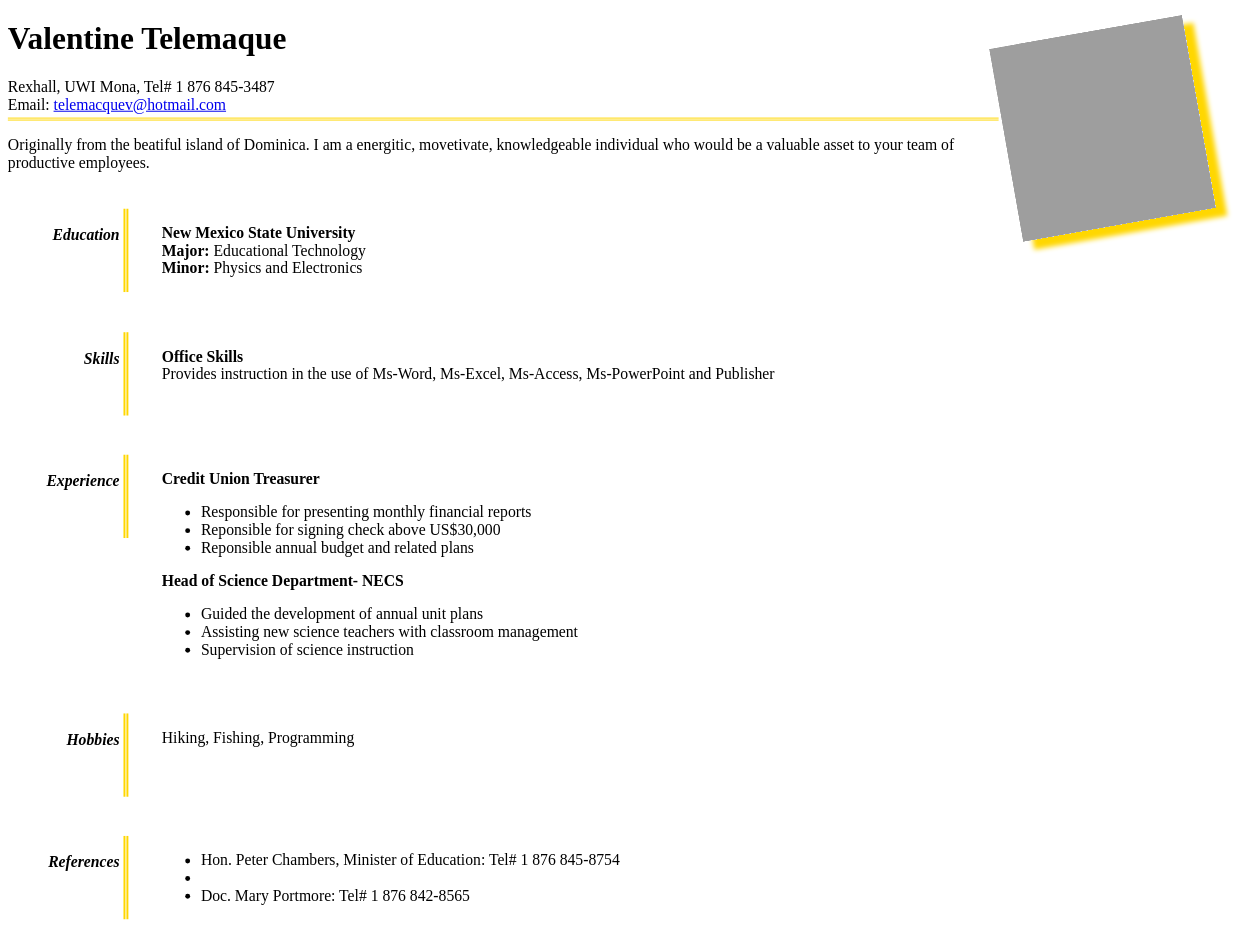
Repository: telemacquev/resume
Page: index.html
The author's editor kept a record of every edit. The page is drawn from the files as they stood at one moment, then again after the next edit.
The browser window is 1280 px wide. The pictures show the whole page, at 98% of full size.
Pictures or frames that could not be fetched are drawn as grey boxes.

Above is the page before.

After the next edit:
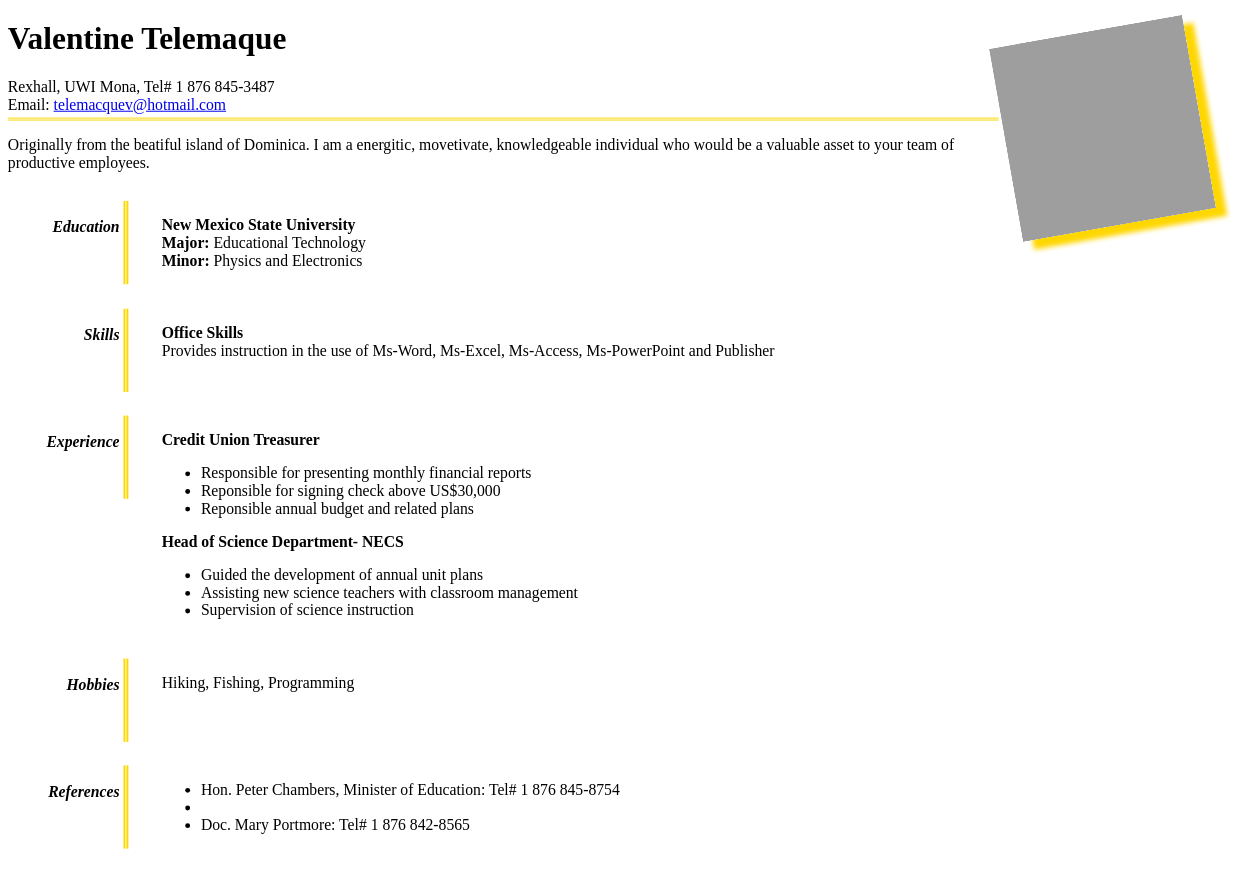
The edit:
--- a/stylesheet.css
+++ b/stylesheet.css
@@ -46,7 +46,7 @@
 
 .left, .right {
     display: inline-block;
-    margin: 20px 20px 20px 10px;
+    margin: 12px 20px 12px 10px;
     vertical-align:top;
 }
 
